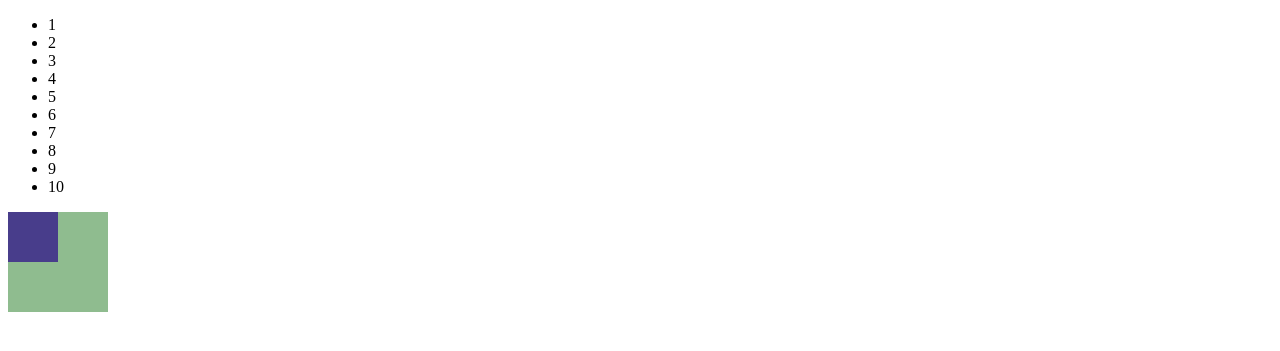
Repository: rumor1993/DreamCoding-Browser101
Page: Chapter06/event-delegation.html
The author's editor kept a copy of each file at every save. The page is drawn from the files as they stood at one save, then again after a run of saves.
The browser window is 1280 px wide. The pictures show the whole page.

Above is the page before, as saved 2020-12-30 14:48:36.

### Chapter06/event-delegation.html
<!DOCTYPE html>
<html lang="en">
  <head>
    <meta charset="UTF-8" />
    <meta name="viewport" content="width=device-width, initial-scale=1.0" />
    <title>Document</title>
    <style>
      .selected {
        background-color: yellow;
      }

      #test1 {
        width: 100px;
        height: 100px;
        background-color: darkseagreen;
      }

      #test2 {
        position: absolute;
        width: 50px;
        height: 50px;
        background-color: darkslateblue;
      }
    </style>
  </head>
  <body>
    <ul>
      <li>1</li>
      <li>2</li>
      <li>3</li>
      <li>4</li>
      <li>5</li>
      <li>6</li>
      <li>7</li>
      <li>8</li>
      <li>9</li>
      <li>10</li>
    </ul>

    <div id="test1">
      <div id="test2"></div>
    </div>
    <script>
      // Bad
      // const lis = document.querySelectorAll('li');
      // lis.forEach(li => {
      //   li.addEventListener('click', () => {
      //     li.classList.add('selected');
      //   });
      // });

      // Coooooooool 🙌
      const ul = document.querySelector("ul");
      ul.addEventListener("click", (event) => {
        if (event.target.tagName == "LI") {
          event.target.classList.add("selected");
        }
      });

      const test1 = document.querySelector("#test1");
      test1.addEventListener("click", () => {
        console.log("### 1 ###");
      });
    </script>
  </body>
</html>

After the next 2 saves:
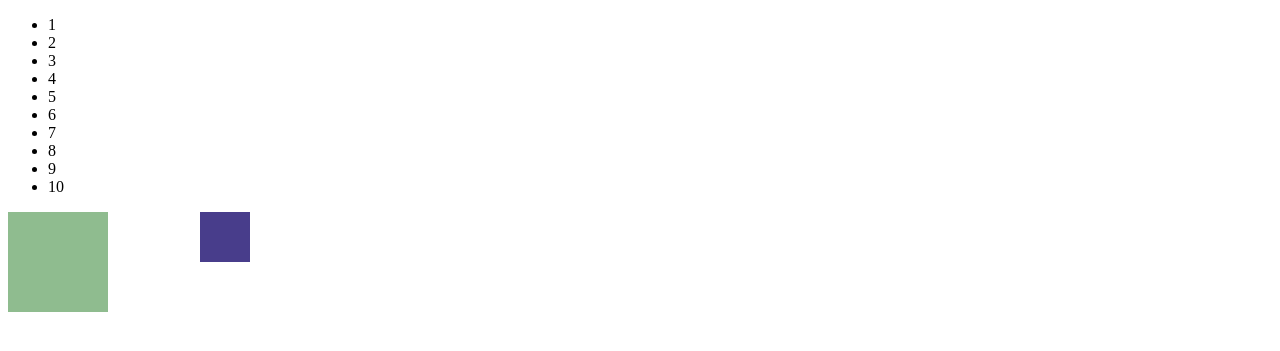
The 2 saves are shown as one change because they came seconds apart.
The last was saved 8 s later.
--- a/Chapter06/event-delegation.html
+++ b/Chapter06/event-delegation.html
@@ -17,6 +17,7 @@
 
       #test2 {
         position: absolute;
+        left: 200px;
         width: 50px;
         height: 50px;
         background-color: darkslateblue;
